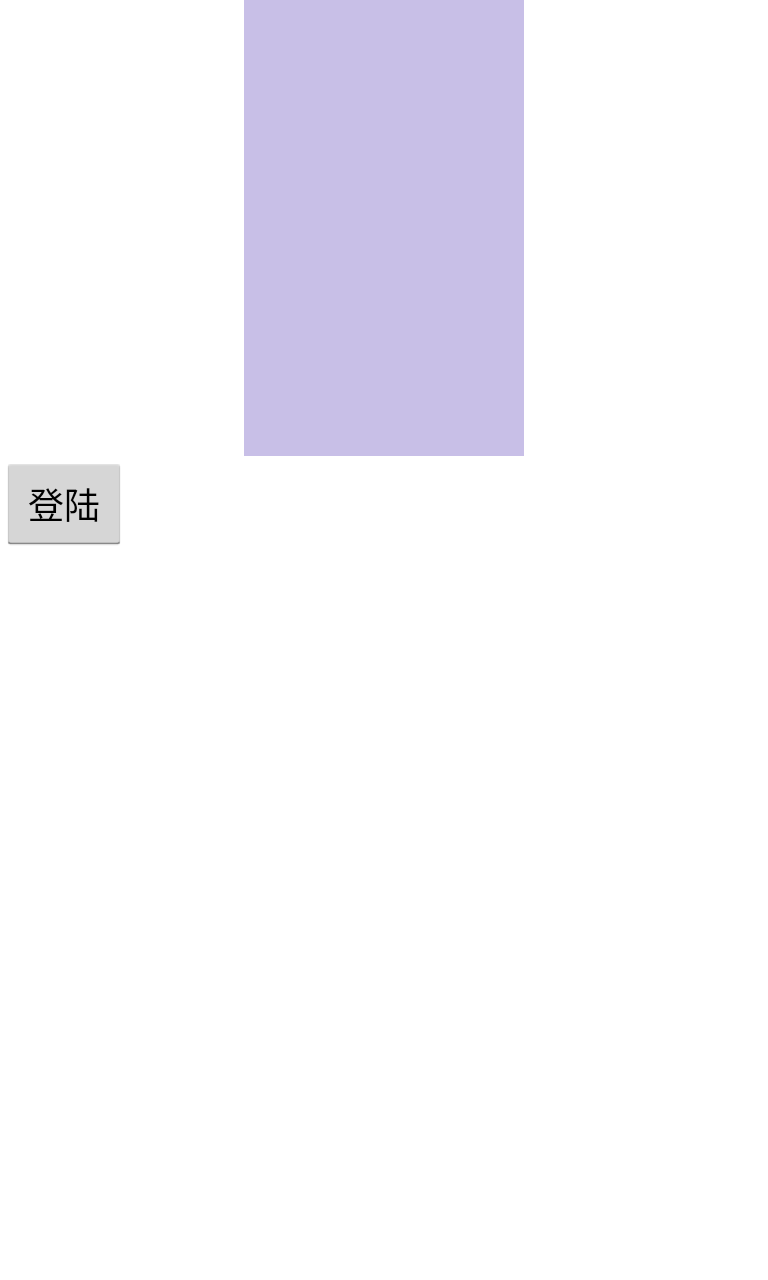
Repository: IvyZh/hm66
Layout: 黑马基础项目/res/layout/activity_paint.xml
An editor plug-in stored every save of this project. The layout is shown before and after the next save, followed by the edit.
It is drawn on a 768 x 1280 px phone screen (xhdpi) without system bars, with theme AppTheme; the app's code is not run.

Above is the layout before, as saved 2016-05-26 13:31:07.

After the next save:
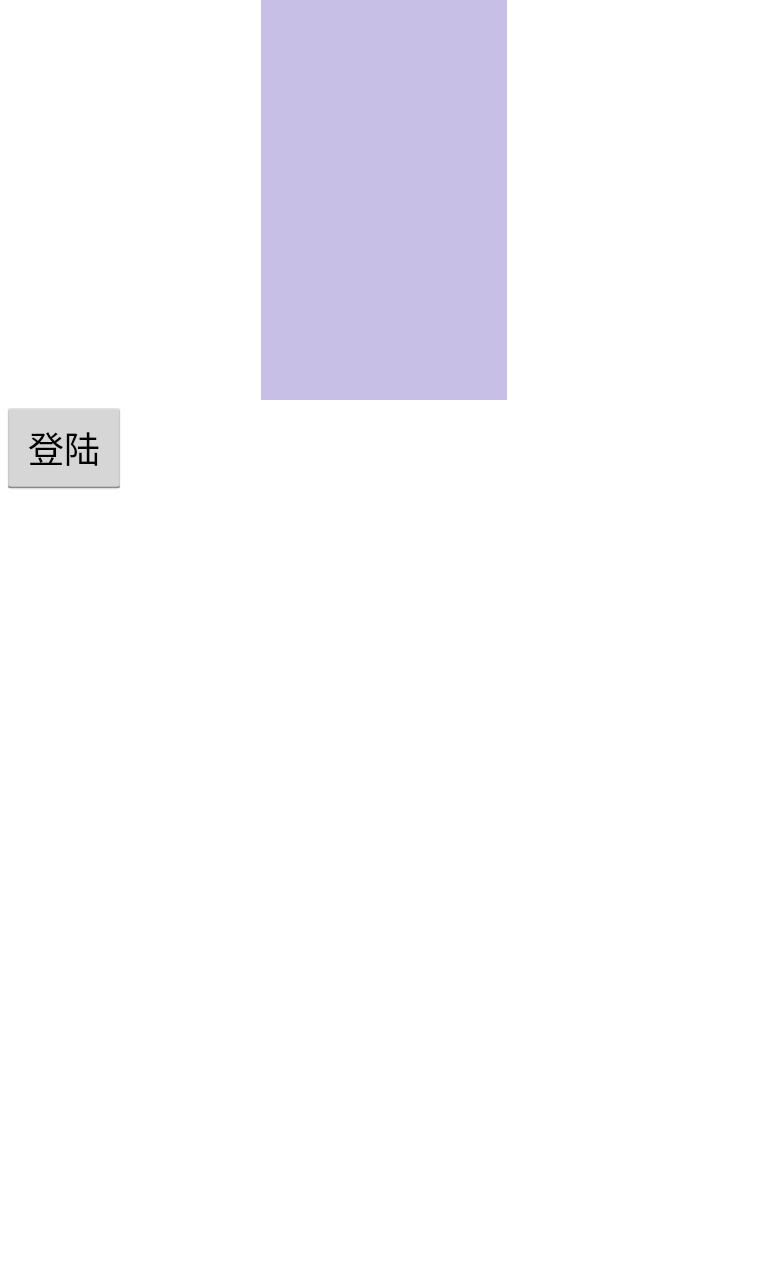
Saved 10 s later.
--- a/黑马基础项目/res/layout/activity_paint.xml
+++ b/黑马基础项目/res/layout/activity_paint.xml
@@ -7,7 +7,7 @@
     <ImageView
         android:id="@+id/iv"
         android:layout_width="match_parent"
-        android:layout_height="wrap_content"
+        android:layout_height="200dp"
         android:src="@drawable/bg" />
 
     <Button
